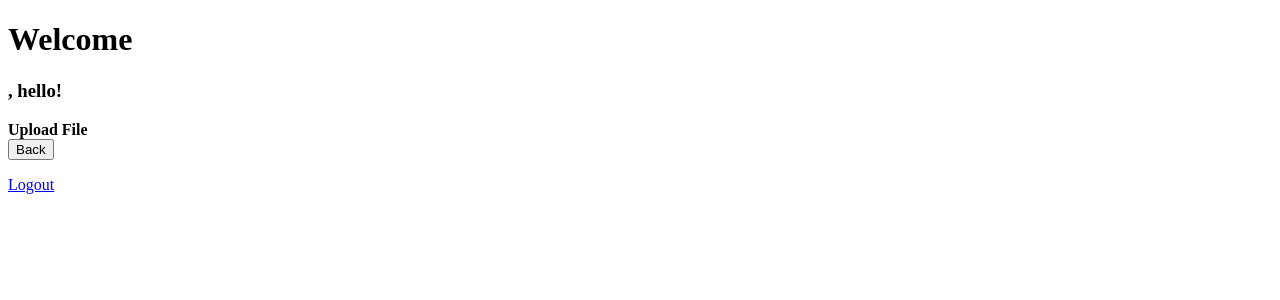
Repository: SvetlanaK367/TrainingJAVA
Page: http://localhost/FinalProject/jsp/main.jsp
An editor plug-in stored every save of this project. The page is shown before and after the next save, followed by the edit.
The browser window is 1280 px wide. The pictures show the whole page.
The page is served by Tomcat 9. Other server files are loaded and not shown.

Above is the page before, as saved 2017-04-02 18:52:46.

### FinalProject/WebContent/jsp/main.jsp
<%@ page language="java" contentType="text/html; charset=UTF-8"
    pageEncoding="UTF-8"%>
<!DOCTYPE html PUBLIC "-//W3C//DTD HTML 4.01 Transitional//EN" "http://www.w3.org/TR/html4/loose.dtd">
<html>
<head>
<meta http-equiv="Content-Type" content="text/html; charset=UTF-8">
<title>Welcome</title>
</head>
<body>
	<h1>Welcome</h1>
		<h3> ${user}, hello!</h3>

	<div class="container">
	<div class="alert alert-success" role="alert">
  		<strong>Upload File</strong>
	</div>
	<form action="fileUpload.jsp">
		<input class="btn btn-primary" type="submit" value="Back">
	</form>
	</div>

	<p style="color:red"><a href="controller?command=logout">Logout</a></p>
</body>
</html>

After the next save:
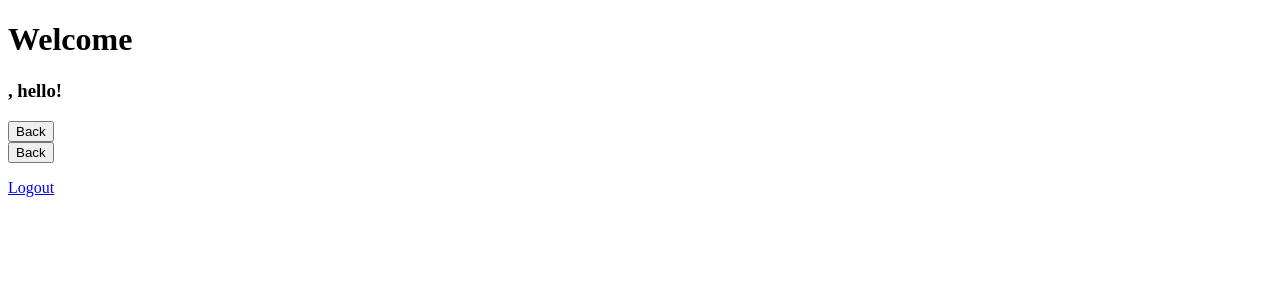
Saved 93 s later.
--- a/FinalProject/WebContent/jsp/main.jsp
+++ b/FinalProject/WebContent/jsp/main.jsp
@@ -12,9 +12,11 @@
 
 	<div class="container">
 	<div class="alert alert-success" role="alert">
-  		<strong>Upload File</strong>
-	</div>
 	<form action="fileUpload.jsp">
+		<input class="btn btn-primary" type="submit" value="Back">
+	</form>
+
+	<form action="index.jsp">
 		<input class="btn btn-primary" type="submit" value="Back">
 	</form>
 	</div>
